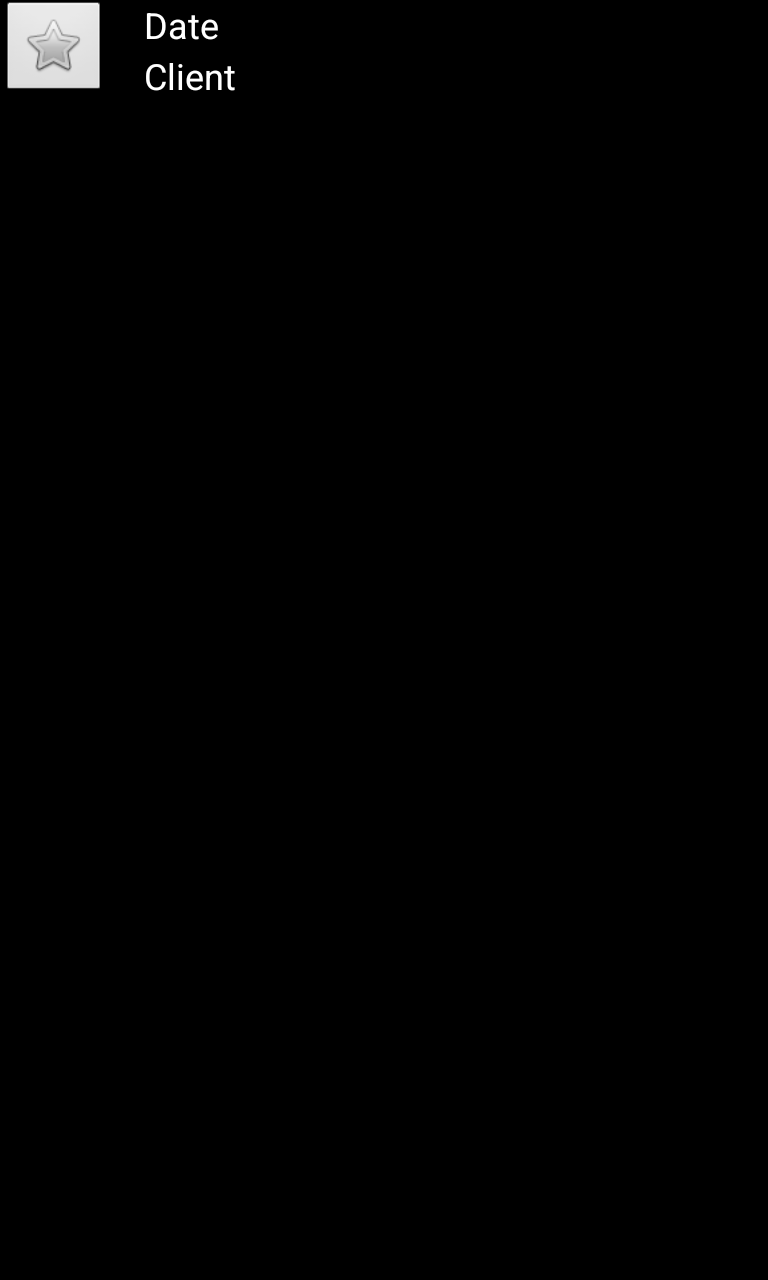
Repository: codingricky/android-expense-it
Layout: expenseit/res/layout/receiptlistrow.xml
These files come from the project's save history. The layout is drawn as it stood at one moment and after the next save; the edit follows.
It is drawn on a 768 x 1280 px phone screen (xhdpi) without system bars, with theme android:Theme; the app's code is not run.

Above is the layout before, as saved 2012-05-01 21:06:34.

### expenseit/res/layout/receiptlistrow.xml
<?xml version="1.0" encoding="utf-8"?>
    <RelativeLayout xmlns:android="http://schemas.android.com/apk/res/android"
        android:id="@+id/relativeLayout1"
        android:layout_width="fill_parent"
        android:layout_height="fill_parent" >

        <ImageButton
            android:id="@+id/imageReceiptRow"
            android:layout_width="wrap_content"
            android:layout_height="wrap_content"
            android:layout_alignParentLeft="true"
            android:layout_alignParentTop="true"
            android:src="@android:drawable/btn_star" />

        <TextView
            android:id="@+id/dateReceiptRow"
            android:layout_width="wrap_content"
            android:layout_height="wrap_content"
            android:layout_alignParentTop="true"
            android:layout_marginLeft="18dp"
            android:layout_toRightOf="@+id/imageReceiptRow"
            android:text="Date"
            android:textAppearance="?android:attr/textAppearanceMedium" />

        <TextView
            android:id="@+id/clientReceiptRow"
            android:layout_width="wrap_content"
            android:layout_height="wrap_content"
            android:layout_alignBottom="@+id/imageReceiptRow"
            android:layout_alignLeft="@+id/dateReceiptRow"
            android:text="Client"
            android:textAppearance="?android:attr/textAppearanceMedium" />

    </RelativeLayout>

After the next save:
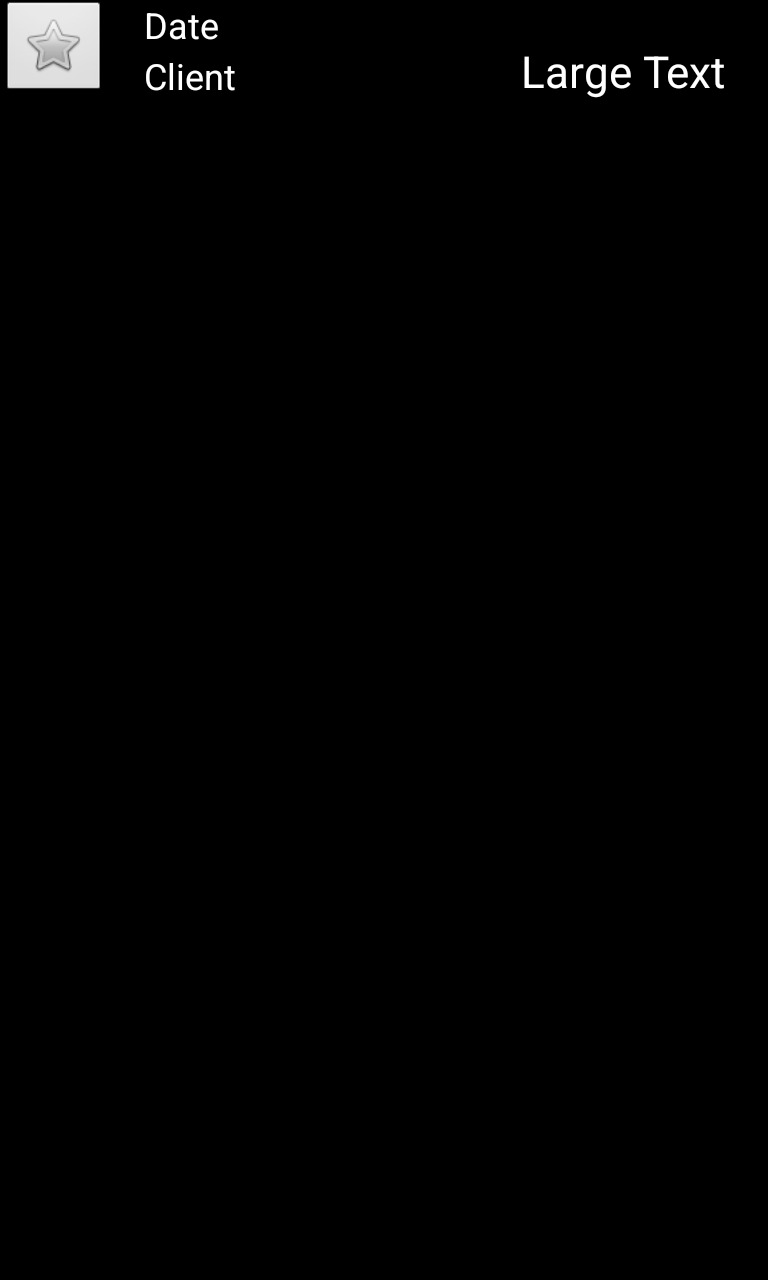
Saved 11 s later.
--- a/expenseit/res/layout/receiptlistrow.xml
+++ b/expenseit/res/layout/receiptlistrow.xml
@@ -31,4 +31,14 @@
             android:text="Client"
             android:textAppearance="?android:attr/textAppearanceMedium" />
 
+        <TextView
+            android:id="@+id/textView1"
+            android:layout_width="wrap_content"
+            android:layout_height="wrap_content"
+            android:layout_alignBottom="@+id/clientReceiptRow"
+            android:layout_alignParentRight="true"
+            android:layout_marginRight="21dp"
+            android:text="Large Text"
+            android:textAppearance="?android:attr/textAppearanceLarge" />
+
     </RelativeLayout>
